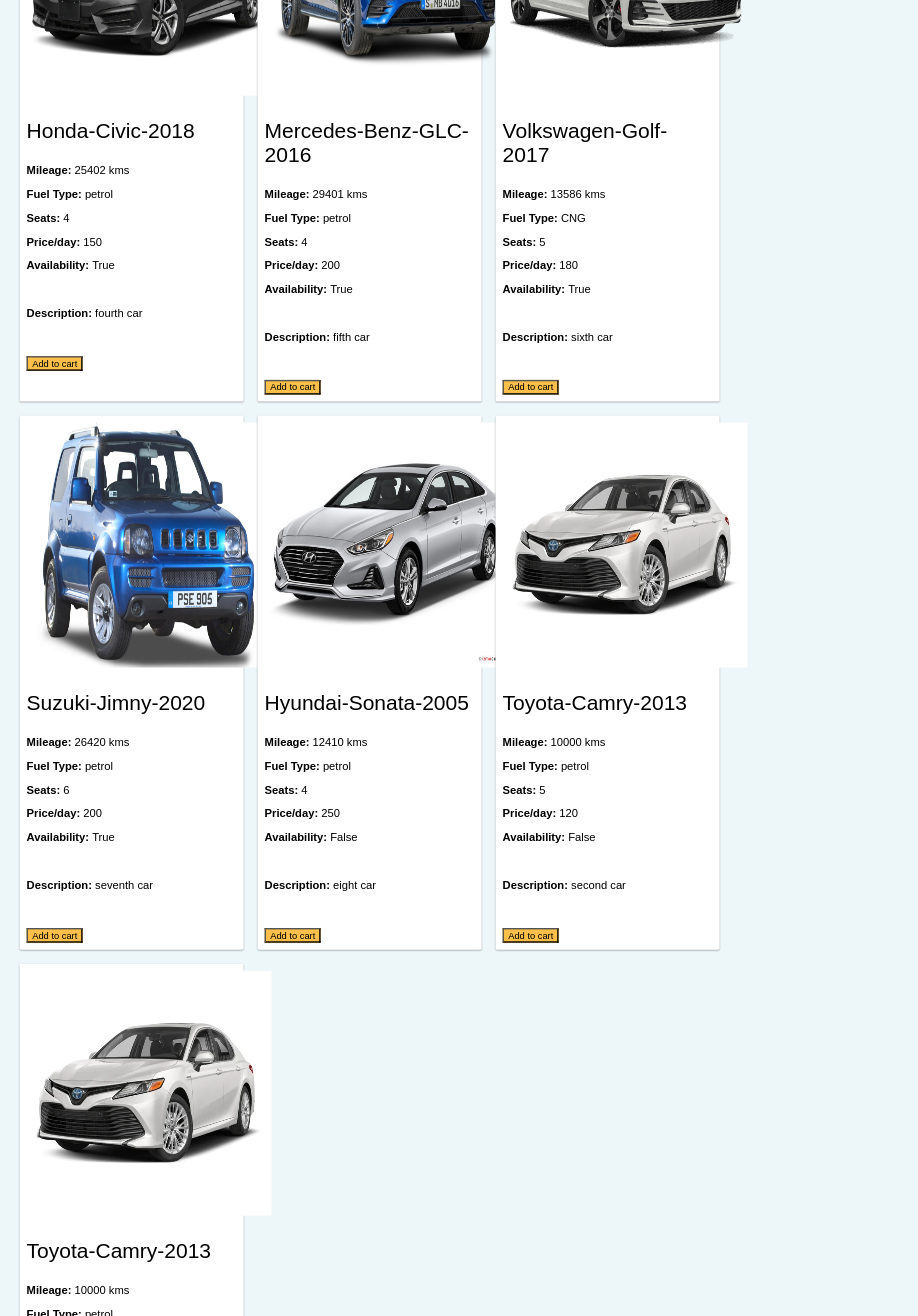
Repository: michtnt/POI-Hertz
Page: index.html
The author's editor kept a record of every edit. The page is drawn from the files as they stood at one moment, then again after the next edit.
The browser window is 1280 px wide. The page is 1312 px wide, so the pictures cover 1312 px, including what lies to the right of the window. The pictures show the part of the page from y = 1124 to 3004 px (the page is 3284 px tall), at 70% of full size.

Above is the page before.

### index.html
<!DOCTYPE html>
<html>
    <head></head>
    <link rel="stylesheet" href="index.css">
    <script src="https://code.jquery.com/jquery-3.6.0.min.js" type="text/javascript"></script>
    <script type="text/javascript">
        let cars_arr = [] // store cars.json
        let shopping_cart = [] // store shopping cart
        // TOCHANGE: use AJAX?
        $(document).ready(function(){
            $.getJSON("cars.json", function(result){
                cars_arr = result;
              $.each(result, function(i, field){
                  // list cars on main page
                  let carComponent =
                  `
                   <div class="card card-1">
                    <div class="car-img-container"><img style="width:350px;height:350px;" src=${field.img} alt="${field.brand} ${field.model}"></div>
                    <p style="font-size:30px">${field.brand}-${field.model}-${field.model_year}</p>
                    <p><b>Mileage: </b>${field.mileage} kms</p>
                    <p><b>Fuel Type: </b>${field.fuel_type}</p>
                    <p><b>Seats: </b>${field.seats}</p>
                    <p><b>Price/day: </b>${field.price_per_day}</p>
                    <p><b>Availability: </b>${field.availability}</p>
                    <br />
                    <p><b>Description: </b>${field.description}</p>
                    <br /><br />
                    <button class="button button-add" onClick="addCart(${field.id})">Add to cart</button>
                   </div>
                  `
                  $(".main").append(carComponent);
                });
            });
        });

        function addCart(id){
            // TOCHANGE: use AJAX to check?

            // find the car in cars.json
            let car = cars_arr.find(car => car.id == id)
            // find the cart in shopping cart
            let cart = shopping_cart.find(car => car.id == id)
            // default message: car not available
            let message = `Sorry ${car.brand} ${car.model} is not available now. Please rent other cars.`;

            // if there is availability
            if(car.availability == "True"){
                // push to shopping cart
                shopping_cart.push(car)
                console.log("shopping_cart", shopping_cart)
                message = `${car.brand} ${car.model} Added to cart successfully!`
            }
            // if it was already on shopping cart
            if(cart){
                message = `Sorry you have added ${cart.brand} ${cart.model} in your cart.`
            }

            alert(message)
            return true
        }

        function checkCart(){
             sessionStorage.setItem("hertz@cart", JSON.stringify(shopping_cart));
            window.location.href="cart.html"
        }

    </script>
    <body style="background-color:#edf6f9">
        <!--Header-->
        <div class="header">
            <div><p style="color:black;font-size:20px;">Hertz-UTS</p></div>
            <div><p style="color:black;font-size:20px;">Car Rental Center</p></div>
            <div><button class="button button-rsv" onClick="checkCart()">View Reservation</button></div>
        </div>
        <!--Car list-->
        <div class="main"></div>
    </body>
</html>

### index.css
/*global*/
p, h1, h3, h4 {
    font-family: "arial"
}

/*class*/
/*margin: top right bottom left*/
.header{
    display: flex;
    justify-content: space-between;
    padding: 20px 20px 20px 20px;
    /*flex-grow: 1;*/
    width: 100%;
    height: 50px;
    background-color: #83c5be;
}

.button{
  background-color: #fcbf49;
}

.button.button-rsv {
  height: 50px;
  width: 200px;
  color: white;
}

.main{
    display: flex;
    /*justify-content: space-around;*/
    flex-wrap: wrap;
    margin: 10px 10px 10px 10px;
    width: 100vw;
    color: "black";
}

.car-img-container{
    max-width: 300px;
    height: auto;
    left: 0px;
    right: 0px;
}

/*https://codepen.io/sdthornton/pen/wBZdXq*/
.card{
  background: #fff;
  border-radius: 2px;
  display: inline-block;
  /*height: 300px;*/
  /*margin: 1rem;*/
  margin: 10px 10px 10px 10px;
  padding: 10px 10px 10px 10px;
  /*position: relative;*/
  width: 300px;
}

.card-1 {
  box-shadow: 0 1px 3px rgba(0,0,0,0.12), 0 1px 2px rgba(0,0,0,0.24);
  transition: all 0.3s cubic-bezier(.25,.8,.25,1);
}

.card-1:hover {
  box-shadow: 0 14px 28px rgba(0,0,0,0.25), 0 10px 10px rgba(0,0,0,0.22);
}

.center {
  display: flex;
  justify-content: center;
}

.title {
  display: flex;
  justify-content: space-around;
}

.car-item {
  display: flex;
  justify-content: space-around;
}

.main-reservation {
  display: flex;
  flex-direction: column;
}

.checkout-button {
  display: flex;
  justify-content: flex-end;
}

.required:after {
  content:" *";
  color: red;
}

.checkout-form {
  display: flex;
  flex-direction: column;
  justify-content: space-between;
}

### cars.json
[{
		"id": "1",
		"category": "sedan",
		"availability": "True",
		"brand": "Toyota",
		"model": "Camry",
		"model_year": "2013",
		"mileage": "10000",
		"fuel_type": "petrol",
		"seats": "5",
		"price_per_day": "120",
		"description": "first car",
		"img": "images/Camry.jpeg"
	},
	{
		"id": "2",
		"category": "wagon",
		"availability": "True",
		"brand": "Holden",
		"model": "Captiva",
		"model_year": "2019",
		"mileage": "12378",
		"fuel_type": "diesel",
		"seats": "4",
		"price_per_day": "240",
		"description": "second car",
		"img": "images/Captiva.jpeg"
	},
	{
		"id": "3",
		"category": "SUV",
		"availability": "True",
		"brand": "Jeep",
		"model": "Cherokee",
		"model_year": "2018",
		"mileage": "28990",
		"fuel_type": "petrol",
		"seats": "6",
		"price_per_day": "300",
		"description": "third car",
		"img": "images/Cherokee.jpeg"
	},
    {
		"id": "4",
		"category": "sedan",
		"availability": "True",
		"brand": "Honda",
		"model": "Civic",
		"model_year": "2018",
		"mileage": "25402",
		"fuel_type": "petrol",
		"seats": "4",
		"price_per_day": "150",
		"description": "fourth car",
		"img": "images/Civic.jpeg"
	},
    {
		"id": "5",
		"category": "SUV",
		"availability": "True",
		"brand": "Mercedes-Benz",
		"model": "GLC",
		"model_year": "2016",
		"mileage": "29401",
		"fuel_type": "petrol",
		"seats": "4",
		"price_per_day": "200",
		"description": "fifth car",
		"img": "images/GLC.jpeg"
	},
    {
		"id": "6",
		"category": "sedan",
		"availability": "True",
		"brand": "Volkswagen",
		"model": "Golf",
		"model_year": "2017",
		"mileage": "13586",
		"fuel_type": "CNG",
		"seats": "5",
		"price_per_day": "180",
		"description": "sixth car",
		"img": "images/Golf.jpeg"
	},
    {
		"id": "7",
		"category": "wagon",
		"availability": "True",
		"brand": "Suzuki",
		"model": "Jimny",
		"model_year": "2020",
		"mileage": "26420",
		"fuel_type": "petrol",
		"seats": "6",
		"price_per_day": "200",
		"description": "seventh car",
		"img": "images/Jimny.jpeg"
	},
    {
		"id": "8",
		"category": "sedan",
		"availability": "False",
		"brand": "Hyundai",
		"model": "Sonata",
		"model_year": "2005",
		"mileage": "12410",
		"fuel_type": "petrol",
		"seats": "4",
		"price_per_day": "250",
		"description": "eight car",
		"img": "images/Sonata.jpeg"
	},
    {
		"id": "9",
		"category": "SUV",
		"availability": "False",
		"brand": "Toyota",
		"model": "Camry",
		"model_year": "2013",
		"mileage": "10000",
		"fuel_type": "petrol",
		"seats": "5",
		"price_per_day": "120",
		"description": "second car",
		"img": "images/Camry.jpeg"
	},
    {
		"id": "2",
		"category": "sedan",
		"availability": "False",
		"brand": "Toyota",
		"model": "Camry",
		"model_year": "2013",
		"mileage": "10000",
		"fuel_type": "petrol",
		"seats": "5",
		"price_per_day": "120",
		"description": "second car",
		"img": "images/Camry.jpeg"
	}
]

After the next edit:
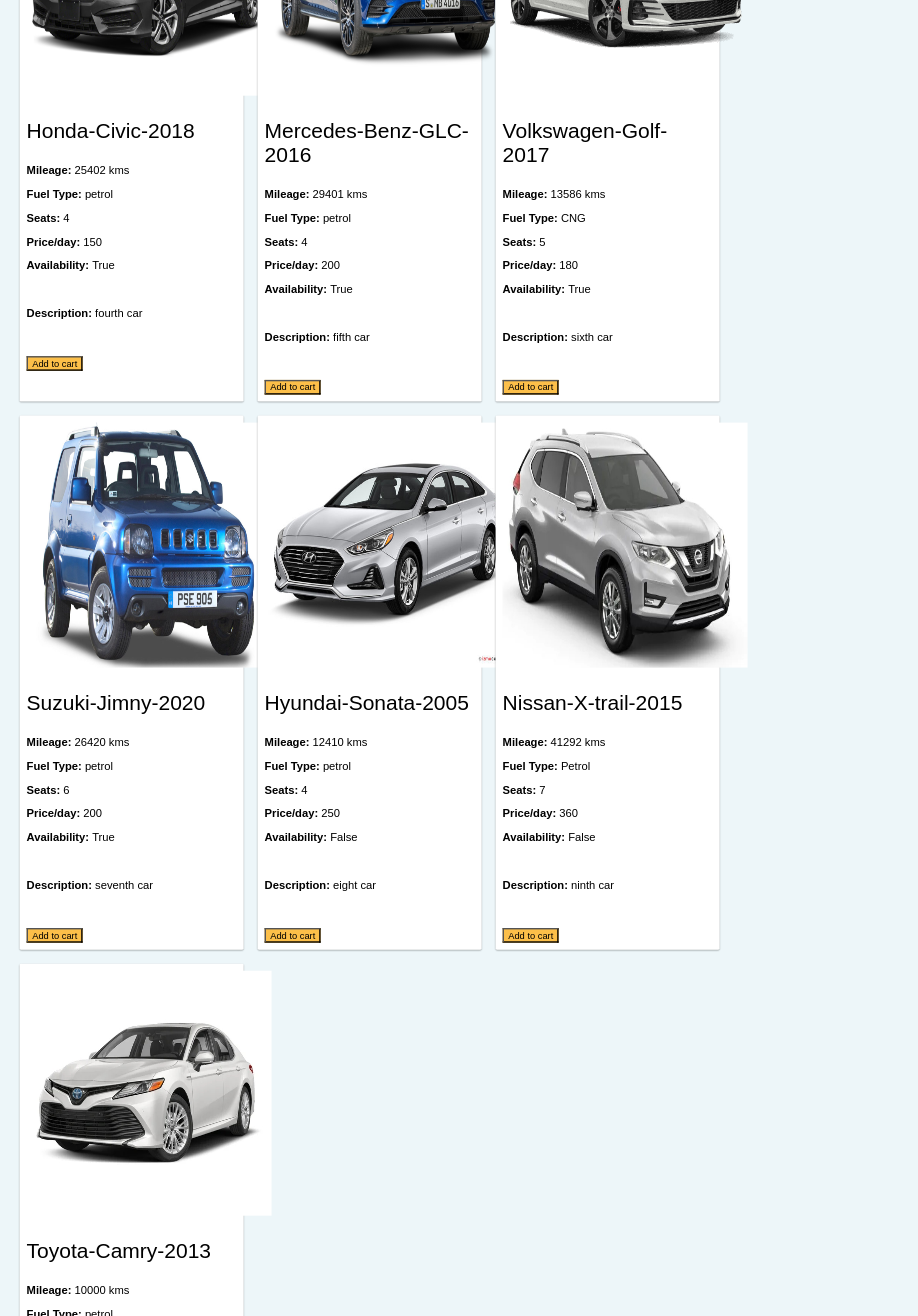
The edit:
--- a/cars.json
+++ b/cars.json
@@ -114,15 +114,15 @@
 		"id": "9",
 		"category": "SUV",
 		"availability": "False",
-		"brand": "Toyota",
-		"model": "Camry",
-		"model_year": "2013",
-		"mileage": "10000",
-		"fuel_type": "petrol",
-		"seats": "5",
-		"price_per_day": "120",
-		"description": "second car",
-		"img": "images/Camry.jpeg"
+		"brand": "Nissan",
+		"model": "X-trail",
+		"model_year": "2015",
+		"mileage": "41292",
+		"fuel_type": "Petrol",
+		"seats": "7",
+		"price_per_day": "360",
+		"description": "ninth car",
+		"img": "images/X-trail.jpeg"
 	},
     {
 		"id": "2",
